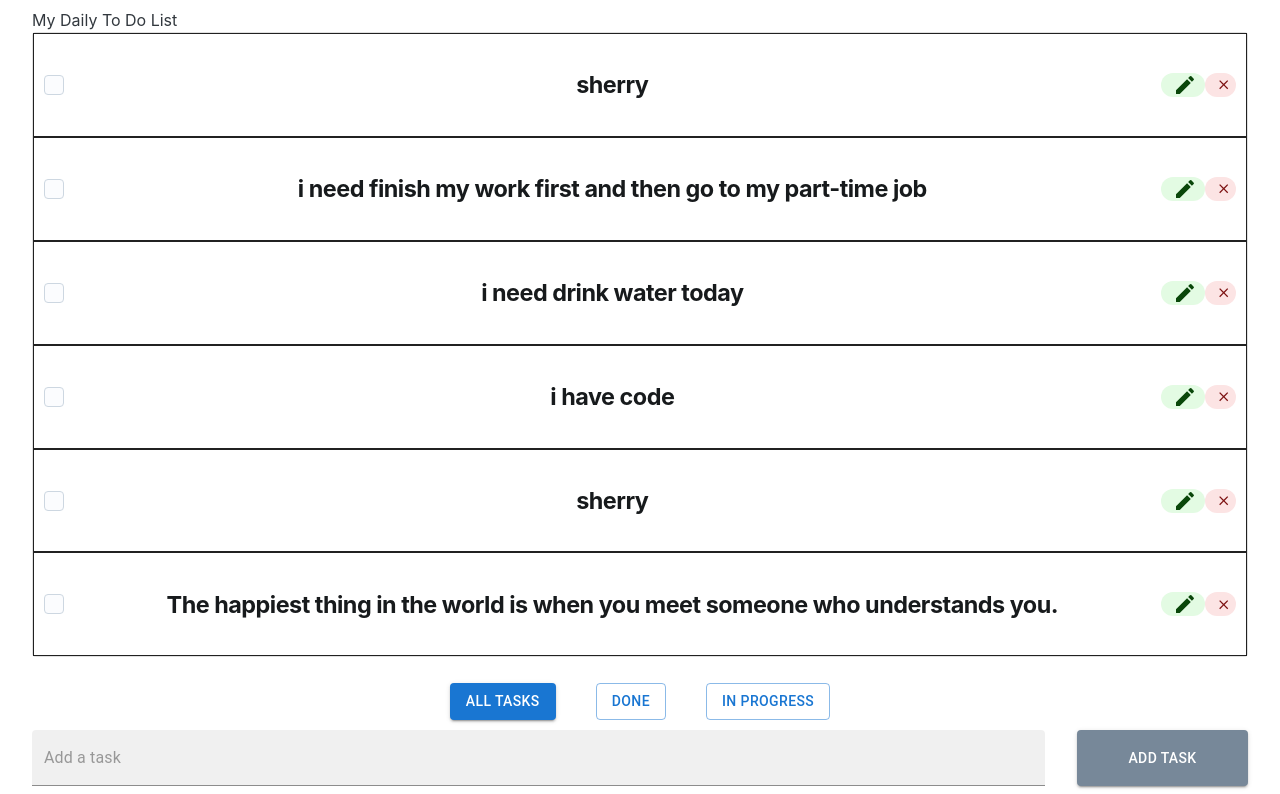
Repository: Tracy-maker/TodoList
Page: /
An editor plug-in stored every save of this project. The page is shown before and after a run of saves, followed by the edit.
The browser window is 1280 px wide. The pictures show the whole page.
The project was rebuilt for these pictures with package versions that can differ from the ones it lists, and the page was loaded fresh each time. Requests to the local data server were answered from the project's data file. Also part of the build but not shown: src/components/TaskEdit.js.

Above is the page before, as saved 2023-09-19 22:43:27.

### public/index.html
<!DOCTYPE html>
<html lang="en">
  <head>
    <meta charset="utf-8" />
    <link rel="icon" href="%PUBLIC_URL%/favicon.ico" />
    <meta name="viewport" content="width=device-width, initial-scale=1" />
    <meta name="theme-color" content="#000000" />
    <meta
      name="description"
      content="Web site created using create-react-app"
    />
    <link rel="apple-touch-icon" href="%PUBLIC_URL%/logo192.png" />
    <!--
      manifest.json provides metadata used when your web app is installed on a
      user's mobile device or desktop. See https://developers.google.com/web/fundamentals/web-app-manifest/
    -->
    <link rel="manifest" href="%PUBLIC_URL%/manifest.json" />
    <link href="https://fonts.googleapis.com/css2?family=Montserrat:wght@300;400;500&amp;display=swap" rel="stylesheet">
    <!--
      Notice the use of %PUBLIC_URL% in the tags above.
      It will be replaced with the URL of the `public` folder during the build.
      Only files inside the `public` folder can be referenced from the HTML.

      Unlike "/favicon.ico" or "favicon.ico", "%PUBLIC_URL%/favicon.ico" will
      work correctly both with client-side routing and a non-root public URL.
      Learn how to configure a non-root public URL by running `npm run build`.
    -->
    <title>React App</title>
  </head>
  <body>
    <noscript>You need to enable JavaScript to run this app.</noscript>
    <div id="root"></div>
    <!--
      This HTML file is a template.
      If you open it directly in the browser, you will see an empty page.

      You can add webfonts, meta tags, or analytics to this file.
      The build step will place the bundled scripts into the <body> tag.

      To begin the development, run `npm start` or `yarn start`.
      To create a production bundle, use `npm run build` or `yarn build`.
    -->
  </body>
</html>

### src/App.js
import { useState, useEffect } from "react";
import axios from "axios";
import CreateTask from "./components/CreateTask";
import TaskList from "./components/TaskList";
import { Box, Container } from "@mui/material";
import styled from "styled-components";
import Typography from "@mui/joy/Typography";
import TaskButton from "./components/TaskButton";
import Image1 from "./image/7.jpg";

const Background = styled(Container)`
background-image: url(${Image1});
`;

const TaskForm = styled(Box)`
  display: flex;
  flex-direction: column;

  align-items: stretch;
`;
function App() {
  const [tasks, setTasks] = useState([]);
  const [filter, setFilter] = useState("all");

  const fetchTask = async () => {
    const response = await axios.get("http://localhost:3001/tasks");
    setTasks(response.data);
  };

  useEffect(() => {
    fetchTask();
  }, []);

  const createTask = async (title) => {
    const response = await axios.post("http://localhost:3001/tasks", {
      title,
      status: "inProgress",
    });
    const updatedTasks = [...tasks, response.data];
    setTasks(updatedTasks);
  };

  const deleteTasksById = async (id) => {
    await axios.delete(`http://localhost:3001/tasks/${id}`);
    const updatedTasks = tasks.filter((task) => {
      return task.id !== id;
    });
    setTasks(updatedTasks);
  };

  const editTaskById = async (id, newTitle) => {
    const response = await axios.put(`http://localhost:3001/tasks/${id}`, {
      title: newTitle,
    });

    const updatedTasks = tasks.map((task) => {
      if (task.id === id) {
        return {
          ...task,
          ...response.data,
        };
      }
      return tasks;
    });
    setTasks(updatedTasks);
  };

  const handleFilterTasks = (filter) => {
    setFilter(filter);
  };

  let filteredTasks = tasks;
  if (filter !== "all") {
    filteredTasks = tasks.filter((task) => task.status === filter);
  }

  const toggleCheckedBoxById = (id) => {
    const updatedTasks = tasks.map((task) => {
      if (task.id === id) {
        let nextStatus;
        if (task.status === "done") {
          nextStatus = "inProgress";
        } else {
          nextStatus = "done";
        }
        return {
          ...task,
          status: nextStatus,
        };
      }
      return task;
    });
    setTasks(updatedTasks);
  };

  return (
    <Container maxWidth="xl">
      <Typography>My Daily To Do List</Typography>
      <TaskForm>
        <TaskList
          toggleCheckedBoxById={toggleCheckedBoxById}
          tasks={filteredTasks}
          onDelete={deleteTasksById}
          onEdit={editTaskById}
        />
        <TaskButton defaultValue={filter} onFilterChange={handleFilterTasks} />
        <CreateTask onCreate={createTask} />
      </TaskForm>
    </Container>
  );
}
export default App;

### src/components/CreateTask.js
import * as React from "react";
import Stack from "@mui/material/Stack";
import TextField from "@mui/material/TextField";
import Button from "@mui/material/Button";
import { useState } from "react";


function CreateTask(props) {
  const [title, setTitle] = useState("");

  const handleChange = (event) => {
    setTitle(event.target.value);
  };

  const handleSubmit = (event) => {
    event.preventDefault();
    if (title.trim() !== "") {
      props.onCreate(title);
      setTitle("");
    }
  };

  return (
    <Stack onSubmit={handleSubmit} component="form" direction="row" spacing={4}>
      <TextField
        value={title}
        onChange={handleChange}
        fullWidth
        hiddenLabel
        placeholder="Add a task"
        variant="filled"
      />
      <Button
        sx={{
          width: "25ch",
          backgroundColor: "#778899",
        }}
        type="submit"
        variant="contained"
      >
        Add Task
      </Button>
    </Stack>
  );
}

export default CreateTask;

### src/components/TaskList.js
import * as React from "react";
import { Paper, Box } from "@mui/material";
import TaskShow from "./TaskShow";



function TaskList(props) {

  const renderedTasksList = props.tasks.map((task) => {
    return (
      <TaskShow
        key={task.id}
        task={task}
        onDelete={props.onDelete}
        onEdit={props.onEdit}
        toggleCheckedBoxById={props.toggleCheckedBoxById}
      />
    );
  });

  return (
    <Box mb={2}>
      <Paper variant="outlined">{renderedTasksList}</Paper>
    </Box>
  );
}
export default TaskList;

### src/components/TaskButton.js
import * as React from "react";
import { Box, Button } from "@mui/material";
import styled from "styled-components";

const ButtonNavigationBar = styled(Box)`
  display: flex;
  justify-content: center;
  gap: 40px;
  padding: 10px;
`;

function TaskButton(props) {
  return (
    <ButtonNavigationBar>
      <Button
        variant={props.defaultValue === "all" ? "contained" : "outlined"}
        onClick={() => props.onFilterChange("all")}
      >
        All Tasks
      </Button>
      <Button
        variant={props.defaultValue === "done" ? "contained" : "outlined"}
        onClick={() => props.onFilterChange("done")}
      >
        Done
      </Button>
      <Button
        variant={props.defaultValue === "inProgress" ? "contained" : "outlined"}
        onClick={() => props.onFilterChange("inProgress")}
      >
        In Progress
      </Button>
    </ButtonNavigationBar>
  );
}
export default TaskButton;

### src/components/TaskShow.js
import * as React from "react";
import { useState } from "react";
import Typography from "@mui/joy/Typography";
import Checkbox from "@mui/joy/Checkbox";
import Chip from "@mui/joy/Chip";
import ChipDelete from "@mui/joy/ChipDelete";
import styled from "styled-components";
import { Box } from "@mui/material";
import EditIcon from "@mui/icons-material/Edit";
import TaskEdit from "./TaskEdit";

const TaskItem = styled(Box)`
  display: flex;
  justify-content: space-between;
  align-items: center;
  padding: 10px;
  border-style: solid;
  border-width: 1px;
`;

const Title = styled(Typography)`
  text-decoration: ${({ isDeleted }) => (isDeleted ? "line-through" : "none")};
`;

function TaskShow(props) {
  const [showEdit, setShowEdit] = useState(false);

  const handleEdit = () => {
    setShowEdit(!showEdit);
  };

  const handleSubmit = (id, newTitle) => {
    setShowEdit(false);
    props.onEdit(id, newTitle);
  };

  let content = <h3>{props.task.title}</h3>;
  if (showEdit) {
    content = <TaskEdit onSubmit={handleSubmit} task={props.task} />;
  }

  const handleDelete = () => {
    props.onDelete(props.task.id);
  };

  const handleCheckboxChange = () => {
    props.toggleCheckedBoxById(props.task.id);
  };

  return (
    <TaskItem>
      <Checkbox
        checked={props.task.status === "done"}
        onChange={handleCheckboxChange}
      />
      <Title isDeleted={props.task.status === "done"} level="h4">
        {content}
      </Title>
      <Box>
        <Chip
          variant="soft"
          color="success"
          onClick={handleEdit}
          endDecorator={<EditIcon />}
        />

        <Chip
          variant="soft"
          color="danger"
          endDecorator={<ChipDelete onClick={handleDelete} />}
        />
      </Box>
    </TaskItem>
  );
}

export default TaskShow;

### db.json
{
  "tasks": [
    {
      "title": "sherry",
      "status": "inProgress",
      "id": 1
    },
    {
      "title": "i need finish my work first and then go to my part-time job",
      "status": "inProgress",
      "id": 2
    },
    {
      "title": "i need drink water today",
      "status": "inProgress",
      "id": 3
    },
    {
      "title": "i have code",
      "status": "inProgress",
      "id": 4
    },
    {
      "title": "sherry",
      "status": "inProgress",
      "id": 5
    },
    {
      "title": "The happiest thing in the world is when you meet someone who understands you.",
      "status": "inProgress",
      "id": 6
    }
  ]
}

Loaded but not shown: src/index.js (common file)

After the next 2 saves:
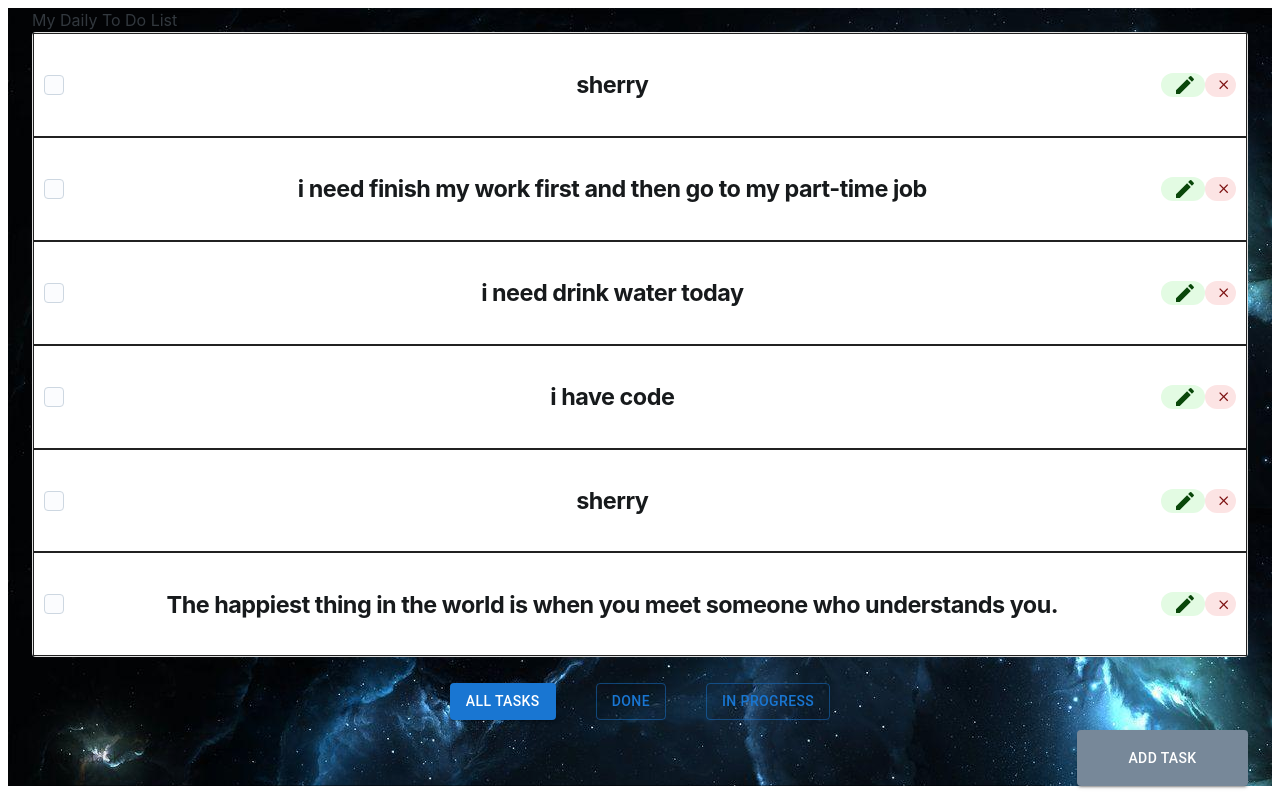
The 2 saves are shown as one change because they came seconds apart.
The last was saved 36 s later.
--- a/src/App.js
+++ b/src/App.js
@@ -9,7 +9,7 @@ import TaskButton from "./components/TaskButton";
 import Image1 from "./image/7.jpg";
 
 const Background = styled(Container)`
-background-image: url(${Image1});
+  background-image: url(${Image1});
 `;
 
 const TaskForm = styled(Box)`
@@ -94,7 +94,7 @@ function App() {
   };
 
   return (
-    <Container maxWidth="xl">
+    <Background maxWidth="xl">
       <Typography>My Daily To Do List</Typography>
       <TaskForm>
         <TaskList
@@ -106,7 +106,7 @@ function App() {
         <TaskButton defaultValue={filter} onFilterChange={handleFilterTasks} />
         <CreateTask onCreate={createTask} />
       </TaskForm>
-    </Container>
+    </Background>
   );
 }
 export default App;
